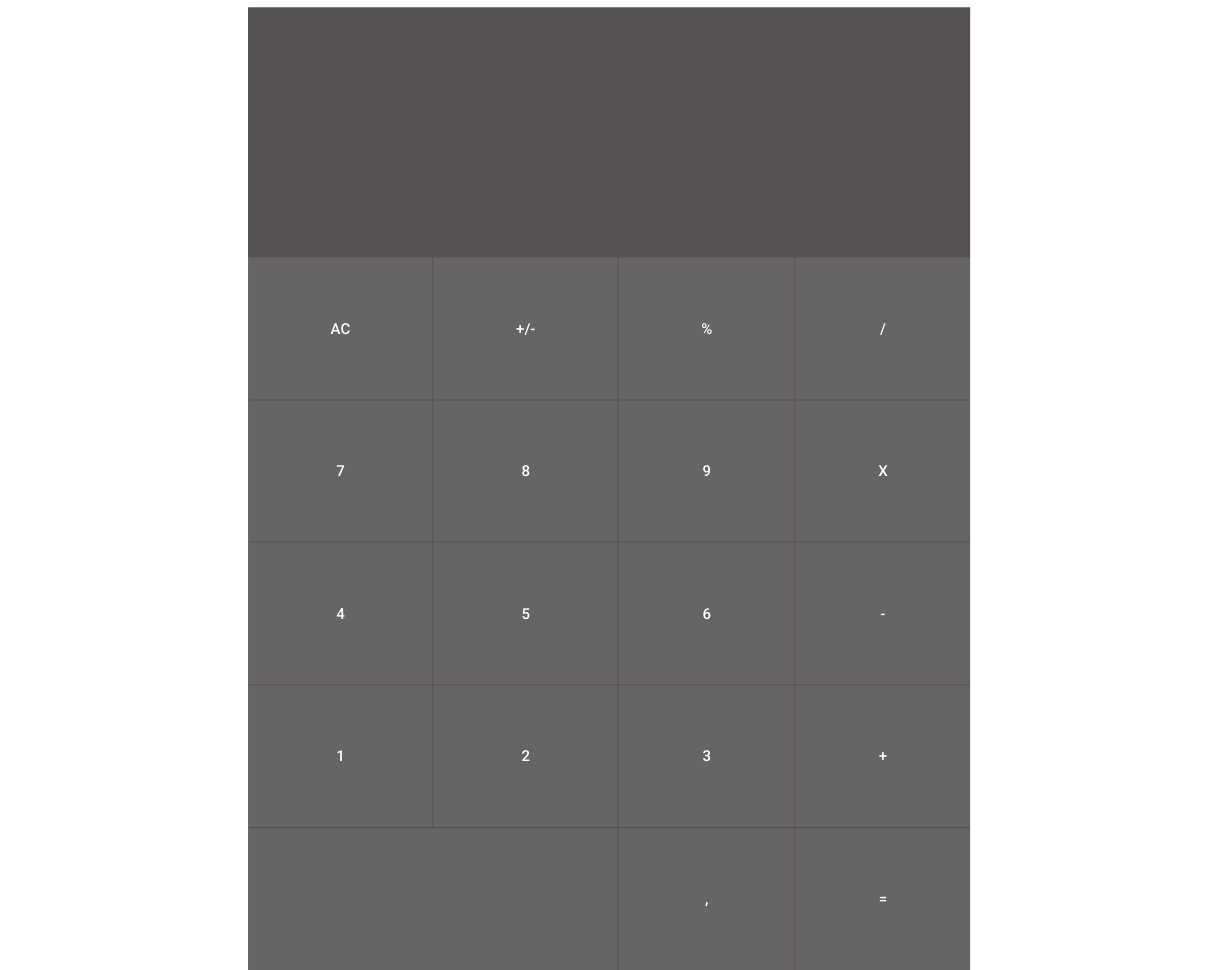
Repository: maciekto/calculatorOOP
Page: index.html
The author's editor kept a copy of each file at every save. The page is drawn from the files as they stood at one save, then again after a run of saves.
The browser window is 1280 px wide. The page is 1288 px wide, so the pictures cover 1288 px, including what lies to the right of the window. The pictures show the whole page, at 94% of full size.

Above is the page before, as saved 2022-06-19 18:56:52.

After the next 2 saves:
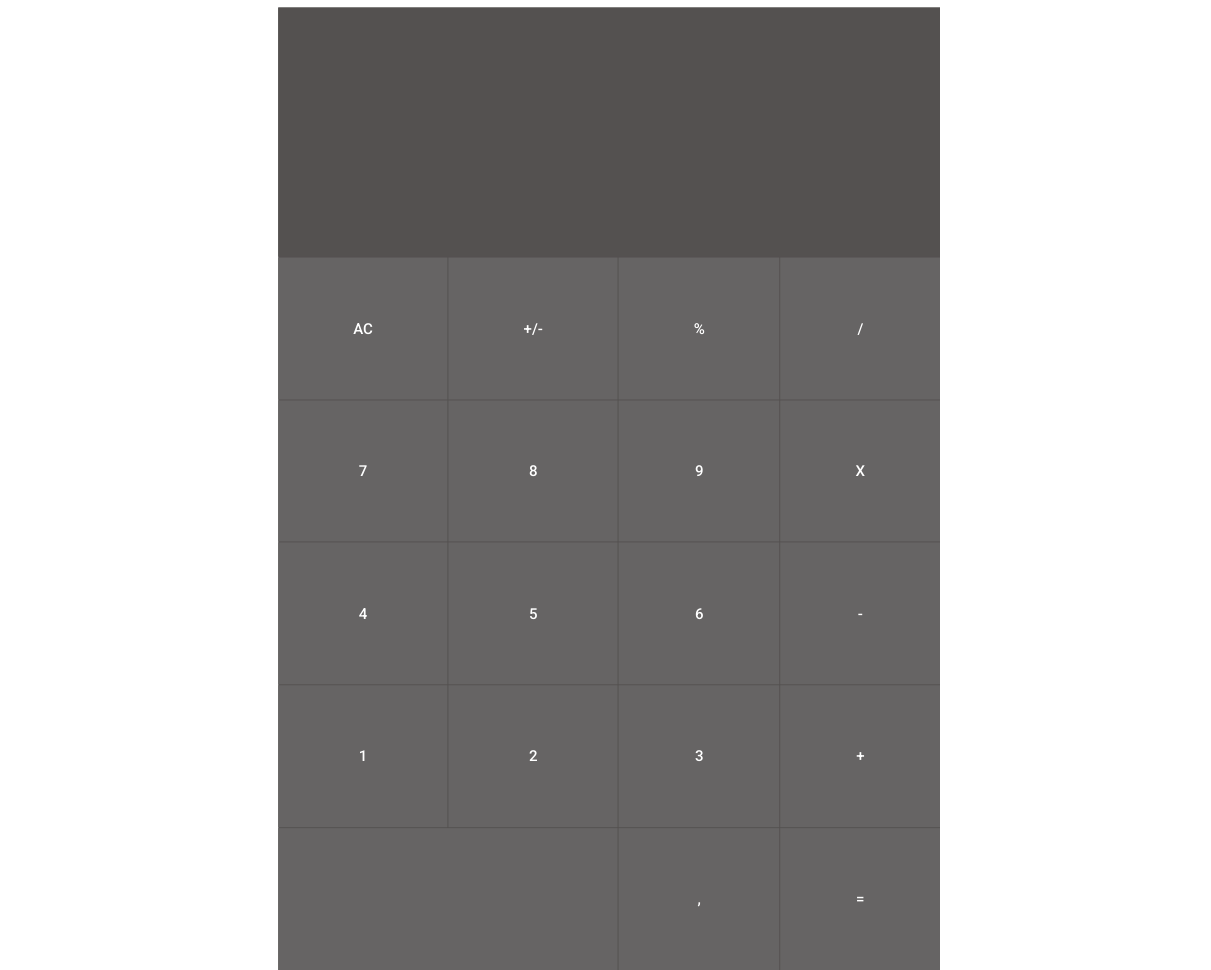
The 2 saves are shown as one change because they came seconds apart.
The last was saved 13 s later.
--- a/css.css
+++ b/css.css
@@ -15,7 +15,7 @@ main {
 
 .Calc {
     max-width: 60vw;
-    width: 60vw;
+    width: 55vw;
     height: 80vw;
     background: #545150;
     color: white;
